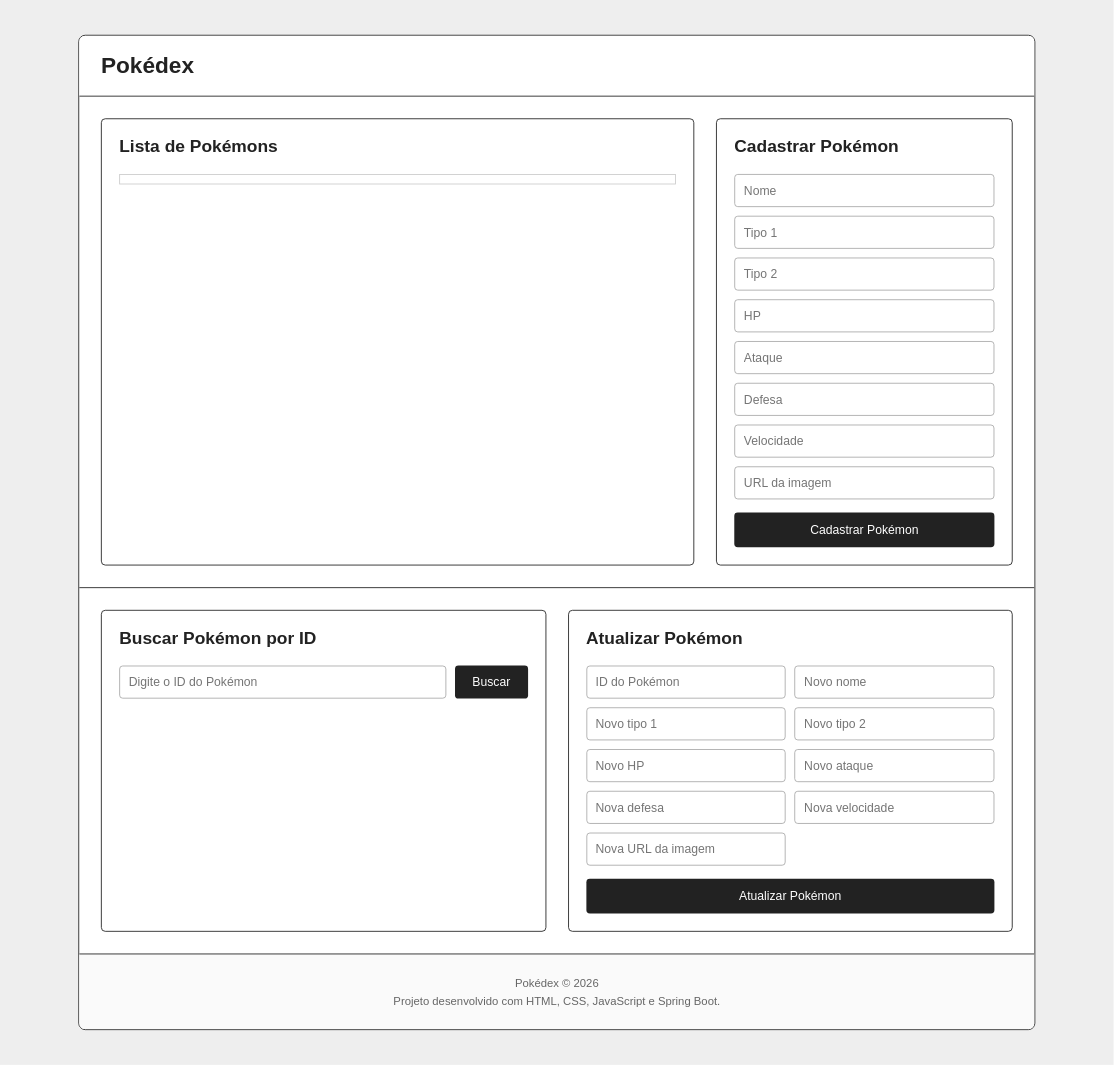
Repository: arthurSchgg/pokedex
Page: front-end/index.html
The author's editor kept a copy of each file at every save. The page is drawn from the files as they stood at one save, then again after the next save.
The browser window is 1280 px wide. The pictures show the whole page, at 87% of full size.
The page's requests for data from a server got no answer.

Above is the page before, as saved 2026-10-01 16:42:00.

### front-end/index.html
<!DOCTYPE html>
<html lang="pt-br">

<head>
    <meta charset="UTF-8">
    <meta name="viewport" content="width=device-width, initial-scale=1.0">

    <link rel="stylesheet" href="style.css">

    <title>Pokédex</title>
</head>

<body>

    <div id="app">

        <!-- CABEÇALHO -->
        <header>

            <h1>Pokédex</h1>

        </header>


        <!-- LISTA + CADASTRO -->
        <main>

            <section class="lista">

                <h2>Lista de Pokémons</h2>

                <div id="container-pokemon">
                </div>

            </section>


            <aside class="lateral">

                <h2>Cadastrar Pokémon</h2>

                <form id="pokemon-form">

                    <input
                        id="nome"
                        type="text"
                        placeholder="Nome"
                        required
                    >

                    <input
                        id="tipo1"
                        type="text"
                        placeholder="Tipo 1"
                        required
                    >

                    <input
                        id="tipo2"
                        type="text"
                        placeholder="Tipo 2"
                    >

                    <input
                        id="hp"
                        type="number"
                        placeholder="HP"
                        required
                    >

                    <input
                        id="ataque"
                        type="number"
                        placeholder="Ataque"
                        required
                    >

                    <input
                        id="defesa"
                        type="number"
                        placeholder="Defesa"
                        required
                    >

                    <input
                        id="velocidade"
                        type="number"
                        placeholder="Velocidade"
                        required
                    >

                    <input
                        id="imagem_url"
                        type="text"
                        placeholder="URL da imagem"
                        required
                    >

                    <button type="submit">
                        Cadastrar Pokémon
                    </button>

                </form>

            </aside>

        </main>


        <!-- BUSCAR + ATUALIZAR -->
        <section class="acoes">


            <!-- BUSCAR POR ID -->
            <div id="area-buscar">

                <h2>Buscar Pokémon por ID</h2>

                <div class="busca">

                    <input
                        type="number"
                        id="id"
                        placeholder="Digite o ID do Pokémon"
                    >

                    <button id="buscar-pokemon">
                        Buscar
                    </button>

                </div>

                <div id="pokemon-buscado"></div>

            </div>


            <!-- ATUALIZAR -->
            <div id="area-atualizar">

                <h2>Atualizar Pokémon</h2>

                <form id="pokemon-update-form">

                    <input
                        type="number"
                        id="update-id"
                        placeholder="ID do Pokémon"
                        required
                    >

                    <input
                        type="text"
                        id="update-nome"
                        placeholder="Novo nome"
                        required
                    >

                    <input
                        type="text"
                        id="update-tipo1"
                        placeholder="Novo tipo 1"
                        required
                    >

                    <input
                        type="text"
                        id="update-tipo2"
                        placeholder="Novo tipo 2"
                    >

                    <input
                        type="number"
                        id="update-hp"
                        placeholder="Novo HP"
                        required
                    >

                    <input
                        type="number"
                        id="update-ataque"
                        placeholder="Novo ataque"
                        required
                    >

                    <input
                        type="number"
                        id="update-defesa"
                        placeholder="Nova defesa"
                        required
                    >

                    <input
                        type="number"
                        id="update-velocidade"
                        placeholder="Nova velocidade"
                        required
                    >

                    <input
                        type="text"
                        id="update-imagem_url"
                        placeholder="Nova URL da imagem"
                        required
                    >

                    <button type="submit">
                        Atualizar Pokémon
                    </button>

                </form>

            </div>

        </section>


        <!-- FOOTER -->
        <footer>

            <p>Pokédex © 2026</p>

            <p>
                Projeto desenvolvido com HTML, CSS, JavaScript e Spring Boot.
            </p>

        </footer>

    </div>


    <script src="script.js"></script>

</body>

</html>

### front-end/style.css
* {
    box-sizing: border-box;
    margin: 0;
    padding: 0;
}


body {
    font-family: Arial, Helvetica, sans-serif;

    background-color: #eeeeee;

    color: #222;

    padding: 40px 20px;
}

#app {
    width: 1100px;

    max-width: 100%;

    margin: 0 auto;

    background-color: white;

    border: 1px solid #222;

    border-radius: 8px;

    overflow: hidden;
}

header {
    height: 70px;

    display: flex;

    align-items: center;

    padding: 0 25px;

    border-bottom: 1px solid #222;

    background-color: white;
}

header h1 {
    font-size: 26px;

    font-weight: bold;
}

main {
    display: grid;

    grid-template-columns: 2fr 1fr;

    gap: 25px;

    padding: 25px;
}

.lista {
    border: 1px solid #222;

    border-radius: 5px;

    padding: 20px;

    min-height: 500px;
}

.lista h2 {
    font-size: 20px;

    margin-bottom: 20px;
}

#container-pokemon {
    display: grid;
    border: 1px solid #cccccc;

    grid-template-columns: repeat(3, 1fr);

    gap: 15px;

    max-height: 420px;

    overflow-y: auto;

    padding: 5px;
}

.card-pokemon {
    border: 1px solid #cccccc;

    border-radius: 8px;

    background-color: #fafafa;

    padding: 12px;

    text-align: center;

    cursor: pointer;

    transition:
        transform 0.2s,
        box-shadow 0.2s,
        border-color 0.2s;
}

.card-pokemon:hover {
    transform: translateY(-3px);

    border-color: #222;

    box-shadow: 0 4px 10px rgba(0, 0, 0, 0.15);
}

.card-pokemon img {
    display: block;

    width: 100px;

    height: 100px;

    object-fit: contain;

    margin: 8px auto;
}
.card-pokemon h2 {
    font-size: 18px;

    margin-bottom: 6px;
}

.pokemon-id {
    color: #777;

    font-size: 12px !important;

    font-weight: bold;
}

.pokemon-tipos {
    font-size: 13px;

    color: #555;

    margin-top: 5px;
}

.lateral {
    border: 1px solid #222;

    border-radius: 5px;

    padding: 20px;

    min-height: 500px;
}

.lateral h2 {
    font-size: 20px;

    margin-bottom: 20px;
}

form {
    display: flex;

    flex-direction: column;

    gap: 10px;
}

form input {
    width: 100%;

    height: 38px;

    padding: 8px 10px;

    border: 1px solid #aaa;

    border-radius: 4px;

    font-size: 14px;

    background-color: white;
}

form input:focus {
    outline: none;

    border-color: #222;
}

form button {
    width: 100%;

    height: 40px;

    margin-top: 5px;

    border: none;

    border-radius: 4px;

    background-color: #222;

    color: white;

    font-size: 14px;

    cursor: pointer;

    transition: background-color 0.2s;
}

form button:hover {
    background-color: #444;
}

.acoes {
    display: grid;

    grid-template-columns: 1fr 1fr;

    gap: 25px;

    padding: 25px;

    border-top: 1px solid #222;
}

#area-buscar {
    border: 1px solid #222;

    border-radius: 5px;

    padding: 20px;

    min-height: 300px;
}

#area-buscar h2 {
    font-size: 20px;

    margin-bottom: 20px;
}

.busca {
    display: flex;

    gap: 10px;
}

.busca input {
    flex: 1;

    height: 38px;

    padding: 8px 10px;

    border: 1px solid #aaa;

    border-radius: 4px;

    font-size: 14px;
}

.busca input:focus {
    outline: none;

    border-color: #222;
}

.busca button {
    height: 38px;

    padding: 0 20px;

    border: none;

    border-radius: 4px;

    background-color: #222;

    color: white;

    font-size: 14px;

    cursor: pointer;
}

.busca button:hover {
    background-color: #444;
}

#pokemon-buscado {
    margin-top: 20px;
}

#pokemon-buscado .card-pokemon {
    cursor: default;

    max-width: 350px;
}

#area-atualizar {
    border: 1px solid #222;

    border-radius: 5px;

    padding: 20px;

    min-height: 300px;
}

#area-atualizar h2 {
    font-size: 20px;

    margin-bottom: 20px;
}

#pokemon-update-form {
    display: grid;

    grid-template-columns: 1fr 1fr;

    gap: 10px;
}

#pokemon-update-form input {
    width: 100%;
}

#pokemon-update-form button {
    grid-column: 1 / -1;
}

footer {
    border-top: 1px solid #222;

    padding: 25px;

    text-align: center;

    background-color: #fafafa;

    color: #666;

    font-size: 13px;
}

footer p + p {
    margin-top: 6px;
}

#container-pokemon::-webkit-scrollbar {
    width: 8px;
}

#container-pokemon::-webkit-scrollbar-track {
    background: #eeeeee;

    border-radius: 5px;
}

#container-pokemon::-webkit-scrollbar-thumb {
    background: #999;

    border-radius: 5px;
}

#container-pokemon::-webkit-scrollbar-thumb:hover {
    background: #666;
}

@media (max-width: 900px) {

    main {
        grid-template-columns: 1fr;
    }

    .acoes {
        grid-template-columns: 1fr;
    }

    .lateral {
        min-height: auto;
    }

}

@media (max-width: 450px) {

    #container-pokemon {
        grid-template-columns: 1fr;
    }

    .busca {
        flex-direction: column;
    }

    .busca button {
        width: 100%;
    }

    header {
        justify-content: center;
    }

    header h1 {
        font-size: 23px;
    }

}

### front-end/script.js
const API_URL = "http://localhost:8181/v1/pokedex";

//Lista os pokemons
async function carregarPokemon() {
    try {
        const resposta = await fetch(`${API_URL}/listar`);

        if (!resposta.ok) {
            throw new Error(`Erro no servidor: ${resposta.status}`);
        }

        const pokemons = await resposta.json();

        console.log("Pokémons carregados:", pokemons);

        const container = document.getElementById("container-pokemon");

        pokemons.forEach(pokemon => {

            const card = document.createElement("div");

            card.innerHTML = `
                <p class="pokemon-id">#${String(pokemon.id).padStart(3, "0")}</p>

                <img src="${pokemon.imagemUrl}" alt="${pokemon.nome}">

                <h2>${pokemon.nome}</h2>

                <div class="pokemon-tipos">
                    <span>${pokemon.tipo1}</span>
                    ${pokemon.tipo2 ? `<span> / ${pokemon.tipo2}</span>` : ""}
                </div>

            `;

            container.appendChild(card);
        });

    } catch (erro) {
        console.error("Erro ao buscar pokémons na linha do fetch:", erro);
    }
}

carregarPokemon();


//Cadastra um novo pokémon
const formulario = document.getElementById("pokemon-form");

formulario.addEventListener("submit", async (event) => {

    event.preventDefault();

    const pokemon = {

        nome: document.getElementById("nome").value,

        tipo1: document.getElementById("tipo1").value,

        tipo2: document.getElementById("tipo2").value,

        hp: Number(document.getElementById("hp").value),

        ataque: Number(document.getElementById("ataque").value),

        defesa: Number(document.getElementById("defesa").value),

        velocidade: Number(document.getElementById("velocidade").value),

        imagemUrl: document.getElementById("imagem_url").value
    }

    try {
        const resposta = await fetch(
            "http://localhost:8181/v1/pokedex/cadastrar",
            {
                method: "POST",

                headers: {
                    "Content-Type": "application/json"
                },

                body: JSON.stringify(pokemon)
            }
        );

        if (!resposta.ok) {
            throw new Error("Erro ao cadastrar Pokémon");
        }

        const pokemonCadastrado = await resposta.json();

        console.log("Pokémon cadastrado: " + pokemonCadastrado);

        alert("Pokémon cadastrado com sucesso!");

        formulario.reset();
    } catch (erro) {
        console.error("Erro: ", erro);

        alert("Não foi possível cadastrar o Pokémon.")
    }
});

//Busca um pokémon pelo seu ID

const botaoBuscar = document.getElementById("buscar-pokemon");

botaoBuscar.addEventListener("click", async () => {

    const id = document.getElementById("id").value;

    if (!id) {
        alert("Digite um ID.");
        return;
    }

    try {
        const resposta = await fetch(`${API_URL}/${id}`);

        if (!resposta.ok) {
            throw new Error(`Pokémon não encontrado. Status: ${resposta.status}`);
        }

        const pokemon = await resposta.json();

        console.log("Pokémon encontrado: ", pokemon);

        const container = document.getElementById("pokemon-buscado");

        container.innerHTML = `
            <div class="card-pokemon">

                <h2>${pokemon.nome}</h2>

                <img
                    src="${pokemon.imagemUrl}"
                    alt="${pokemon.nome}"
                >

                <p>Tipo 1: ${pokemon.tipo1}</p>
                <p>Tipo 2: ${pokemon.tipo2 || "Nenhum"}</p>

                <p>HP: ${pokemon.hp}</p>
                <p>Ataque: ${pokemon.ataque}</p>
                <p>Defesa: ${pokemon.defesa}</p>
                <p>Velocidade: ${pokemon.velocidade}</p>

            </div>
        `;
    } catch (erro) {
        console.error("Erro ao buscar o Pokémon: ", erro);

        alert("Pokémon não encontrado");
    }

});


//Atualiza o pokémon pelo ID
const formularioUpdate = document.getElementById("pokemon-update-form");

formularioUpdate.addEventListener("submit", async (event) => {

    event.preventDefault();

    const id = document.getElementById("update-id").value;

    if (!id) {
        alert("Digite o ID do pokémon");
        return;
    }

    const pokemon = {

        nome: document.getElementById("update-nome").value,

        tipo1: document.getElementById("update-tipo1").value,

        tipo2: document.getElementById("update-tipo2").value,

        hp: Number(document.getElementById("update-hp").value),

        ataque: Number(document.getElementById("update-ataque").value),

        defesa: Number(document.getElementById("update-defesa").value),

        velocidade: Number(
            document.getElementById("update-velocidade").value
        ),

        imagemUrl: document.getElementById("update-imagem_url").value
    };

    try {
        const resposta = await fetch(`${API_URL}/${id}`, {
            method: "PUT",

            headers: {
                "Content-Type": "application/json"
            },

            body: JSON.stringify(pokemon)
        });

        if (!resposta.ok) {
            throw new Error(`Erro ao atualizar o pokémon: ${resposta.status}`);
        }

        const pokemonAtualizado = await resposta.json();

        console.log("Pokémon atualizado", pokemonAtualizado);

        alert("Pokémon atualizado com sucesso!");

        formularioUpdate.reset();

    } catch (erro) {

        console.error("Erro ao atulizar o Pokémon: ", erro);

        alert("Não foi possível atualizar o Pokémon");
    }
});

After the next save:
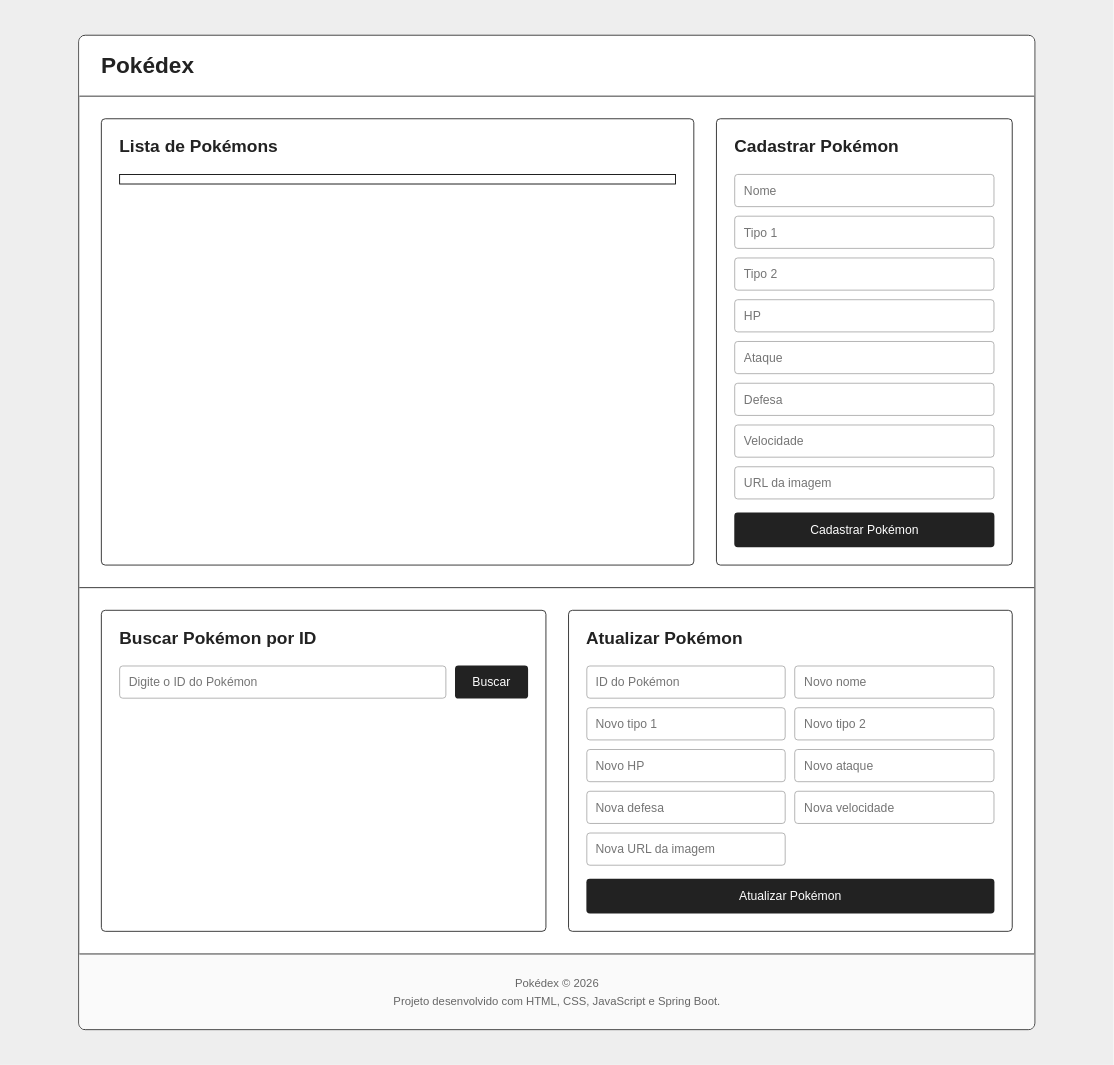
Saved 9 s later.
--- a/front-end/style.css
+++ b/front-end/style.css
@@ -79,7 +79,7 @@
 
 #container-pokemon {
     display: grid;
-    border: 1px solid #cccccc;
+    border: 1px solid #000000;
 
     grid-template-columns: repeat(3, 1fr);
 
